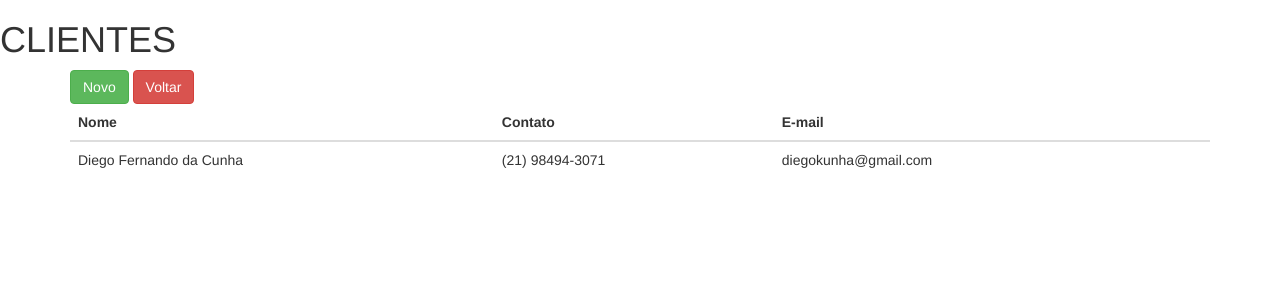
Repository: diegokunha/LojinhaGuru
Page: http://localhost/LojinhaGuru/clientes
The author's editor kept a copy of each file at every save. The page is drawn from the files as they stood at one save, then again after the next save.
The browser window is 1280 px wide. The pictures show the whole page.
Some web libraries are served in a nearby version. The page is served by Tomcat 9.

Above is the page before, as saved 2017-10-04 01:08:01.

After the next save:
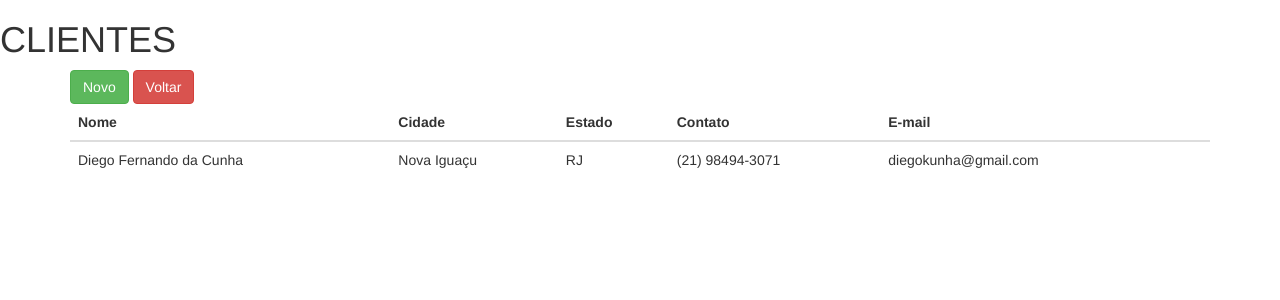
Saved 73 s later.
--- a/LojinhaGuru/WebContent/WEB-INF/views/jsp/clientes.jsp
+++ b/LojinhaGuru/WebContent/WEB-INF/views/jsp/clientes.jsp
@@ -32,6 +32,8 @@
 				<thead>
 					<tr>
 						<th>Nome</th>
+						<th>Cidade</th>
+						<th>Estado</th>
 						<th>Contato</th>
 						<th>E-mail</th>
 						<th></th>
@@ -40,6 +42,8 @@
 				<tbody>
 					<tr>
 						<td>Diego Fernando da Cunha</td>
+						<td>Nova Iguaçu</td>
+						<td>RJ</td>
 						<td>(21) 98494-3071</td>
 						<td>diegokunha@gmail.com</td>
 						<td>
